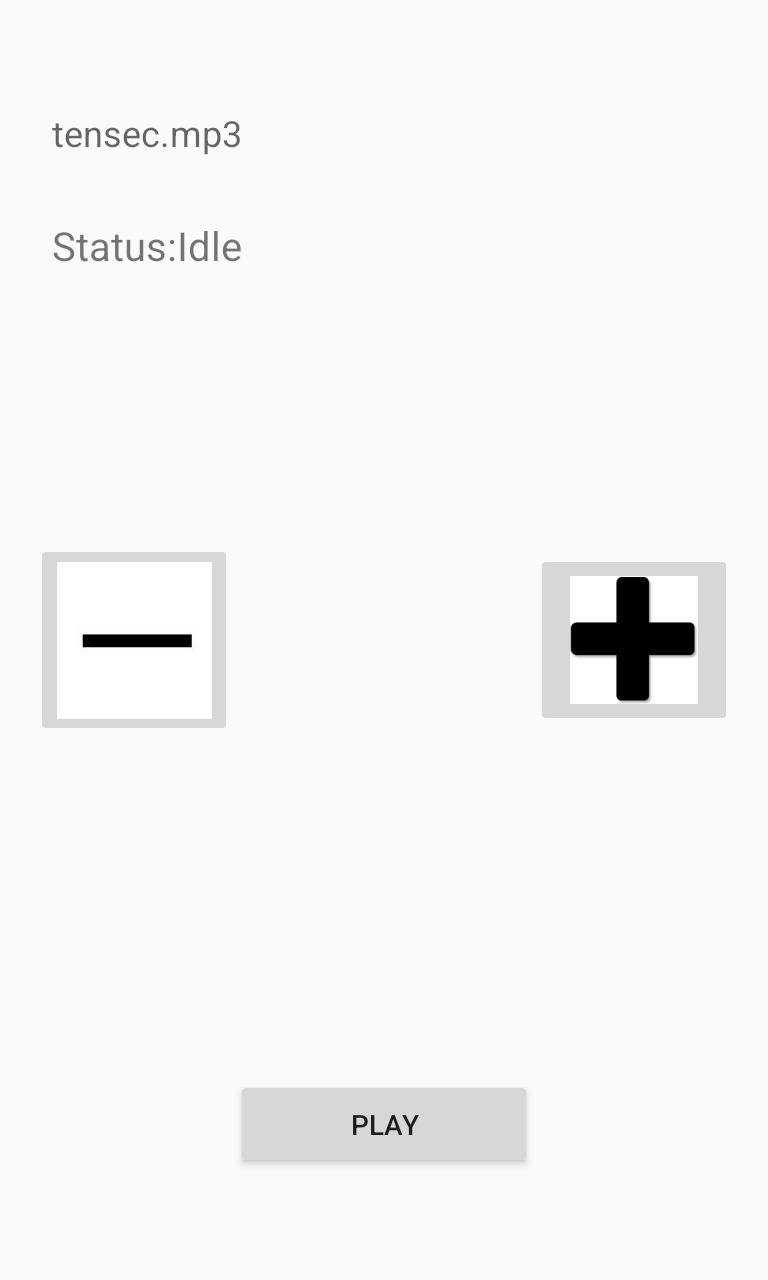
Repository: AlvaroCortez/Assigment2
Layout: AudioPlayer/res/layout/media_player_layout.xml
An editor plug-in stored every save of this project. The layout is shown before and after the next save, followed by the edit.
It is drawn on a 768 x 1280 px phone screen (xhdpi) without system bars, with theme AppTheme; the app's code is not run.

Above is the layout before, as saved 2014-06-04 17:39:51.

### AudioPlayer/res/layout/media_player_layout.xml
<?xml version="1.0" encoding="utf-8"?>
<RelativeLayout xmlns:android="http://schemas.android.com/apk/res/android"
    android:layout_width="match_parent"
    android:layout_height="match_parent" >

    <Button
        android:id="@+id/audio_button"
        android:layout_width="150dp"
        android:layout_height="wrap_content"
        android:layout_alignParentBottom="true"
        android:layout_centerHorizontal="true"
        android:layout_marginBottom="54dp"
        android:text="@string/button_text"
        android:onClick="onClick" />

    <TextView
        android:id="@+id/status_text"
        android:layout_width="150dp"
        android:layout_height="wrap_content"
        android:layout_alignParentLeft="true"
        android:layout_alignParentTop="true"
        android:layout_marginLeft="26dp"
        android:layout_marginTop="109dp"
        android:gravity="center|left"
        android:text="@string/textView_text"
        android:textSize="20sp" />

    <TextView
        android:id="@+id/mp3_text"
        android:layout_width="wrap_content"
        android:layout_height="wrap_content"
        android:layout_alignLeft="@+id/status_text"
        android:layout_alignParentTop="true"
        android:layout_marginTop="54dp"
        android:text="@string/text_mp3"
        android:textAppearance="?android:attr/textAppearanceMedium" />

    <ImageButton
        android:id="@+id/imageButton_volume_plus"
        android:layout_width="100dp"
        android:layout_height="90dp"
        android:layout_centerVertical="true"
        android:layout_toRightOf="@+id/audio_button"
        android:src="@drawable/plus" />

    <ImageButton
        android:id="@+id/imageButton_volume_minus"
        android:layout_width="100dp"
        android:layout_height="100dp"
        android:layout_centerVertical="true"
        android:layout_toLeftOf="@+id/audio_button"
        android:src="@drawable/minus" />

</RelativeLayout>

### AudioPlayer/res/values/strings.xml
<?xml version="1.0" encoding="utf-8"?>
<resources>

    <string name="app_name">AudioPlayer</string>
    <string name="hello_world">Hello world!</string>
    <string name="action_settings">Settings</string>
    <string name="button_text">Play</string>
    <string name="textView_text">Status:Idle</string>
    <string name="text_mp3">tensec.mp3</string>

</resources>

Loaded but not shown: AudioPlayer/res/values/styles.xml (common file); AudioPlayer/res/values-v11/styles.xml (common file); AudioPlayer/res/values-v14/styles.xml (common file)

After the next save:
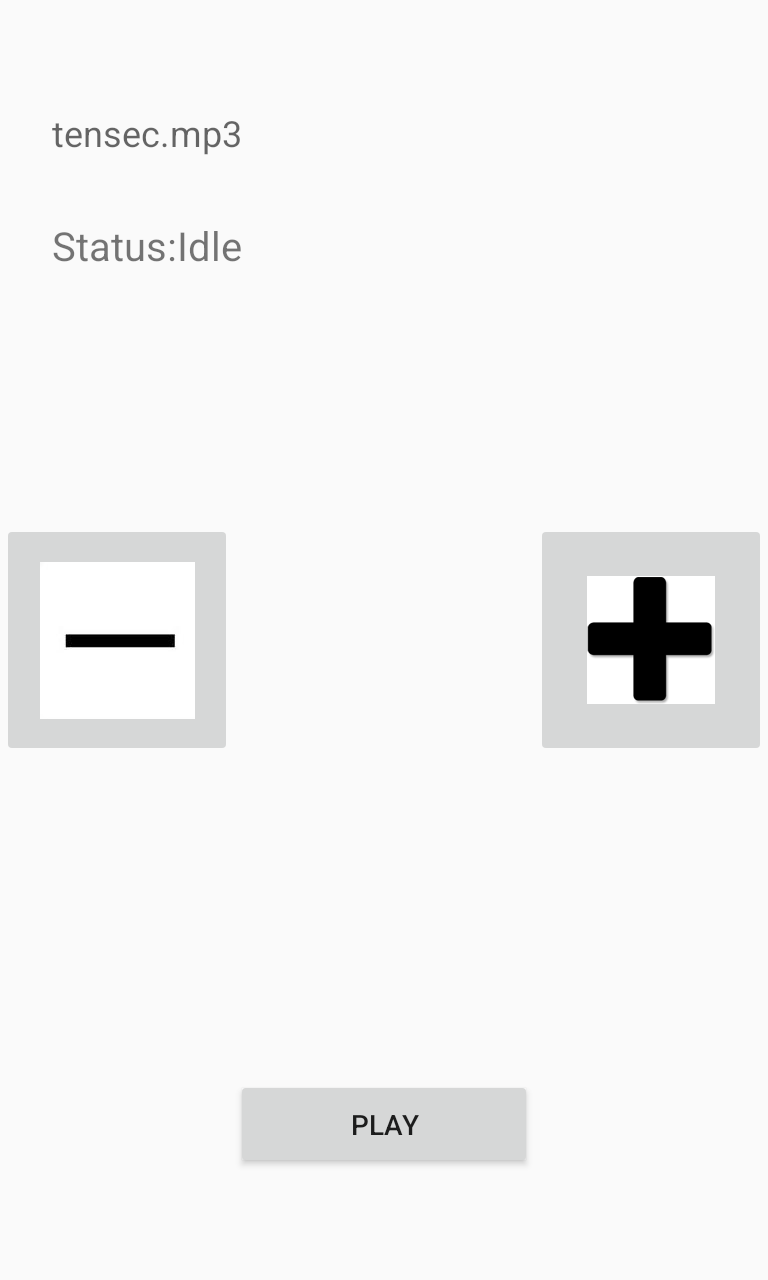
Saved 51 s later.
--- a/AudioPlayer/res/layout/media_player_layout.xml
+++ b/AudioPlayer/res/layout/media_player_layout.xml
@@ -37,16 +37,16 @@
 
     <ImageButton
         android:id="@+id/imageButton_volume_plus"
-        android:layout_width="100dp"
-        android:layout_height="90dp"
+        android:layout_width="120dp"
+        android:layout_height="120dp"
         android:layout_centerVertical="true"
         android:layout_toRightOf="@+id/audio_button"
         android:src="@drawable/plus" />
 
     <ImageButton
         android:id="@+id/imageButton_volume_minus"
-        android:layout_width="100dp"
-        android:layout_height="100dp"
+        android:layout_width="120dp"
+        android:layout_height="120dp"
         android:layout_centerVertical="true"
         android:layout_toLeftOf="@+id/audio_button"
         android:src="@drawable/minus" />
